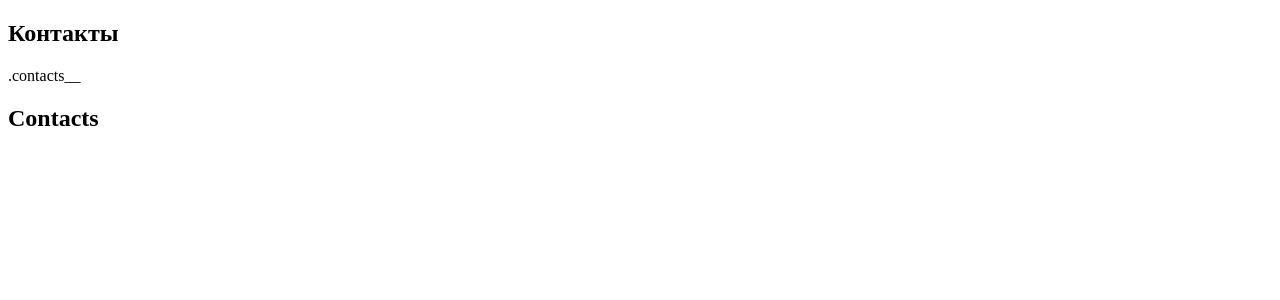
Repository: Azimich/Cleaning_
Page: src/pages/MainPage/contacts/contacts.html
The author's editor kept a copy of each file at every save. The page is drawn from the files as they stood at one save, then again after a run of saves.
The browser window is 1280 px wide. The pictures show the whole page.

Above is the page before, as saved 2022-10-11 20:41:43.

After the next 2 saves:
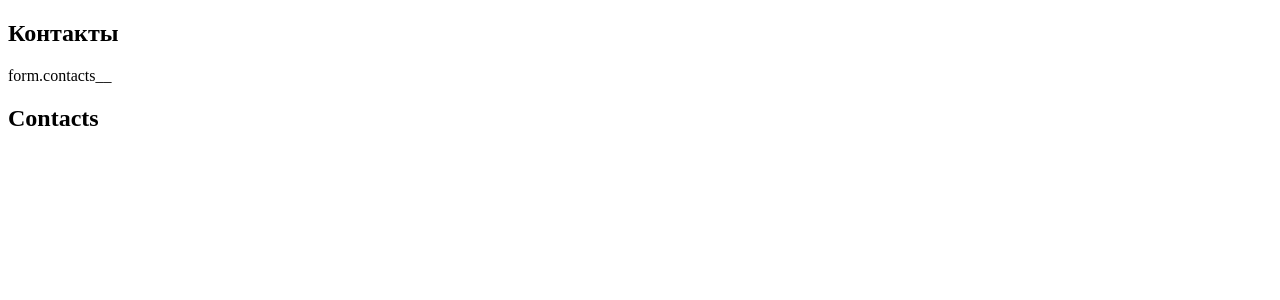
The 2 saves are shown as one change because they came seconds apart.
The last was saved 9 s later.
--- a/src/pages/MainPage/contacts/contacts.html
+++ b/src/pages/MainPage/contacts/contacts.html
@@ -8,7 +8,7 @@
         <span class="right__line"></span>
       </div>
       <div class="contacts__items">
-        .contacts__
+        form.contacts__
       </div>
     </div>
   </div>
